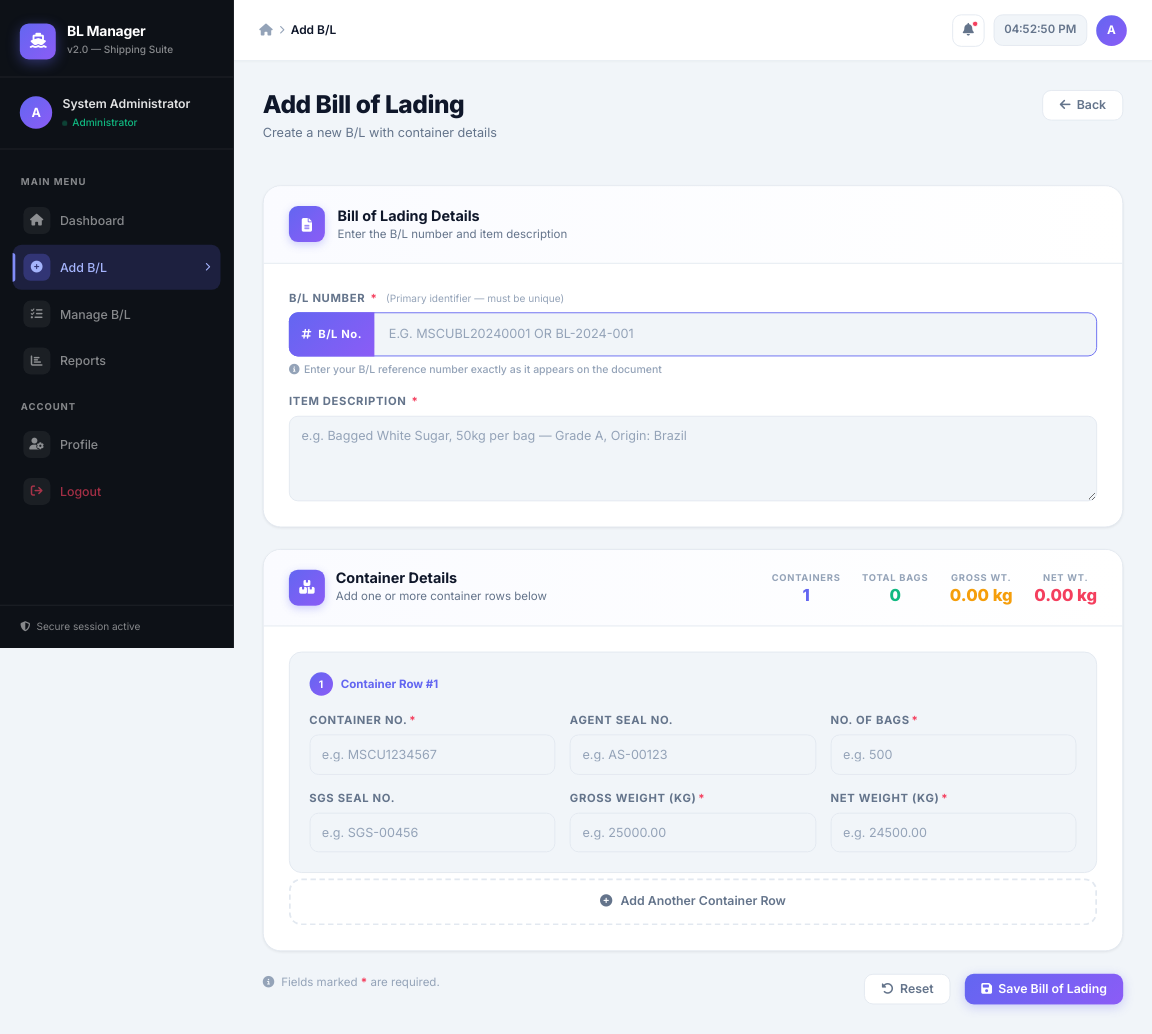
Repository: senteu254/logistics
Page: http://localhost/add-bl.php
An editor plug-in stored every save of this project. The page is shown before and after the next save, followed by the edit.
The browser window is 1280 px wide. The pictures show the whole page, at 90% of full size.
The page is run by PHP 8.4 with error messages shown; the project is at /var/www/html/. The session is filled in as if someone had signed in: {"user_id": 1, "username": "admin", "full_name": "System Administrator"}.

Above is the page before, as saved 2026-05-13 12:19:23.

After the next save:
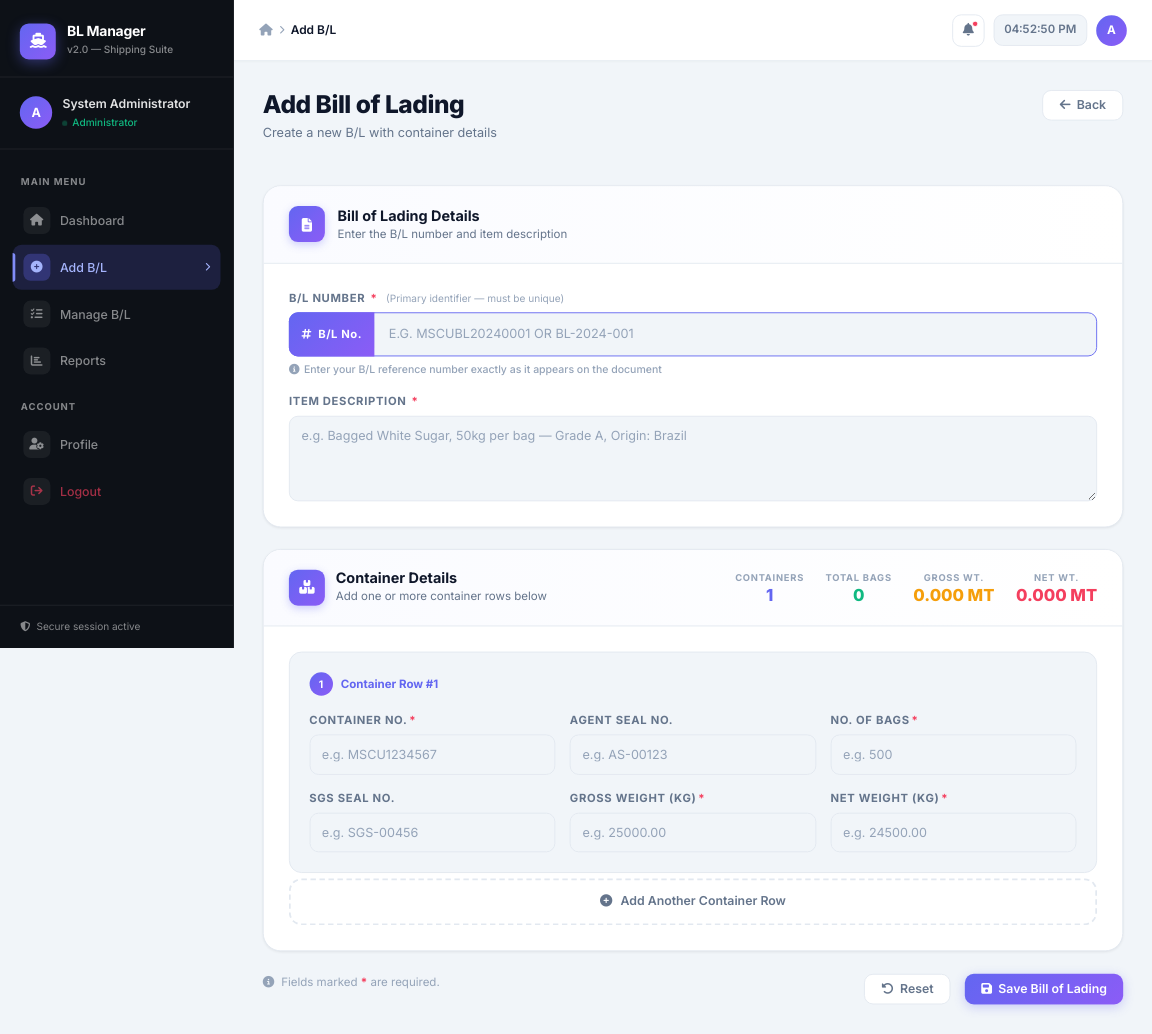
Saved 18 min 48 s later.
--- a/includes/footer.php
+++ b/includes/footer.php
@@ -133,19 +133,20 @@ function reNumber() {
 
 function calcTotals() {
     let bags = 0, gross = 0, net = 0;
-    document.querySelectorAll('input[name="number_of_bags[]"]').forEach(el => bags  += parseInt(el.value)  || 0);
-    document.querySelectorAll('input[name="gross_weight[]"]').forEach(el  => gross += parseFloat(el.value) || 0);
-    document.querySelectorAll('input[name="net_weight[]"]').forEach(el   => net   += parseFloat(el.value) || 0);
 
-    const fmt = n => n.toLocaleString('en-US',{minimumFractionDigits:2,maximumFractionDigits:2});
+    document.querySelectorAll('input[name="number_of_bags[]"]').forEach(el  => bags  += parseInt(el.value)   || 0);
+    document.querySelectorAll('input[name="gross_weight[]"]').forEach(el    => gross += parseFloat(el.value) || 0);
+    document.querySelectorAll('input[name="net_weight[]"]').forEach(el      => net   += parseFloat(el.value) || 0);
 
-    const setEl = (id, v) => { const el = document.getElementById(id); if(el) el.textContent = v; };
+    const fmt = n => n.toLocaleString('en-US', { minimumFractionDigits: 3, maximumFractionDigits: 3 });
+
+    const setEl = (id, v) => { const el = document.getElementById(id); if (el) el.textContent = v; };
+
     setEl('tRows',  document.querySelectorAll('.item-row').length);
     setEl('tBags',  bags.toLocaleString());
-    setEl('tGross', fmt(gross) + ' kg');
-    setEl('tNet',   fmt(net)   + ' kg');
+    setEl('tGross', fmt(gross) + ' MT');
+    setEl('tNet',   fmt(net)   + ' MT');
 }
-
 /* Init */
 document.addEventListener('DOMContentLoaded', () => {
     if (document.getElementById('rowsWrap')) addItemRow();
